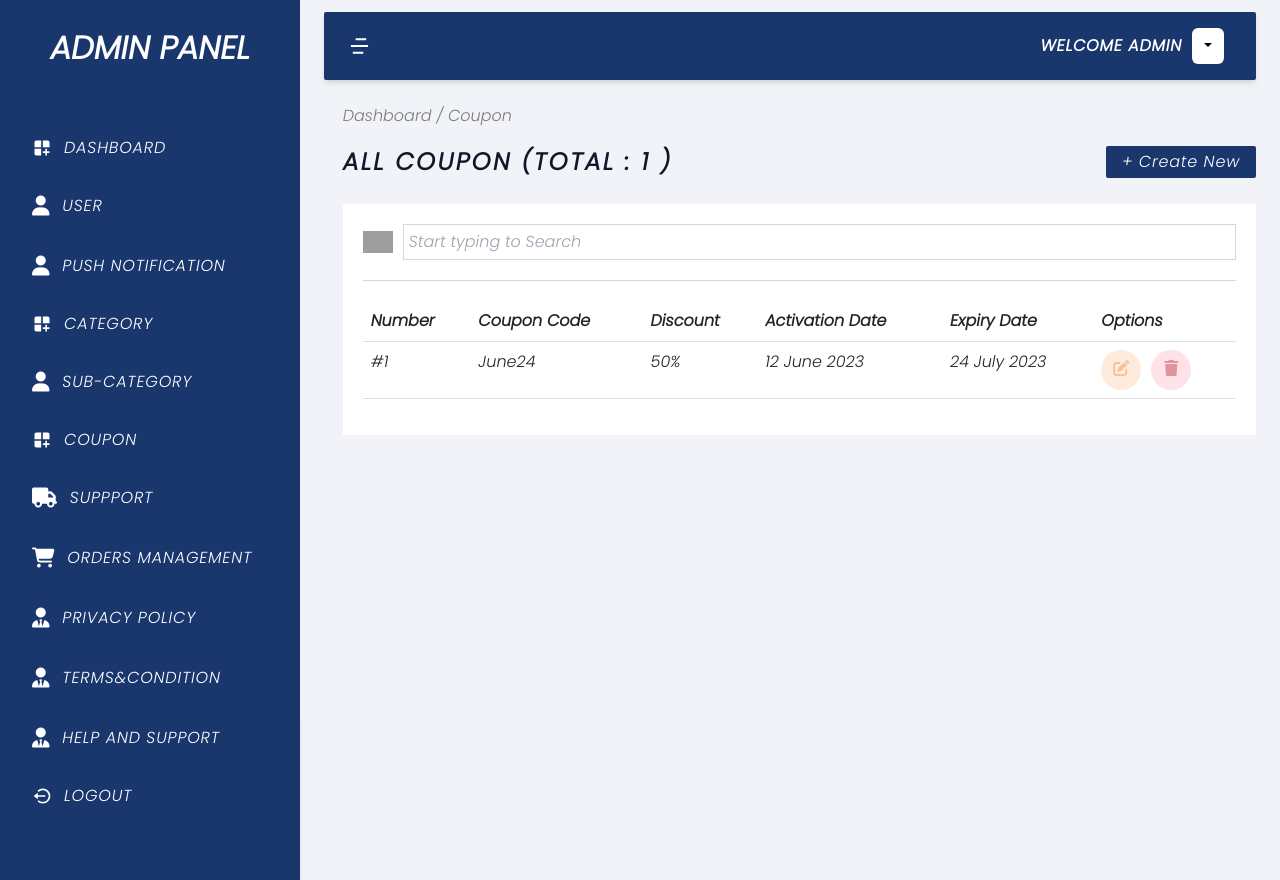
Repository: arpanmalik/project-khanna
Page: /coupon
These files come from the project's save history. The page is drawn as it stood at one moment and after a run of saves; the edit follows.
The browser window is 1280 px wide. The pictures show the whole page.
Pictures or frames that could not be fetched are drawn as grey boxes. Some web libraries are served in a nearby version. The project was rebuilt for these pictures with package versions that can differ from the ones it lists, and the page was loaded fresh each time. Also part of the build but not shown: src/E-CommerceAdmin/forms/Login.jsx, src/E-CommerceAdmin/pages/Dashboard.jsx, src/E-CommerceAdmin/pages/ECategory.js, src/E-CommerceAdmin/pages/EProduct.js, src/E-CommerceAdmin/pages/EVendorList.js, src/E-CommerceAdmin/pages/EAdminOrders.js, src/E-CommerceAdmin/pages/EAdminProduct.js, src/E-CommerceAdmin/pages/EAdminDelivery.js and 11 more. Imported but missing from the stored project, and not drawn on this page: src/E-CommerceAdmin/pages/Component/SpinnerComp, src/E-CommerceVendor/forms/EVendorLogin, src/E-CommerceVendor/pages/EVCategory, src/E-CommerceVendor/pages/EVCoupon, src/E-CommerceVendor/pages/EVDashboard, src/E-CommerceVendor/pages/EVOrders, src/E-CommerceVendor/pages/EVProduct, src/E-CommerceVendor/pages/EVSubCategory.

Above is the page before, as saved 2023-05-16 16:04:27.

After the next 2 saves:
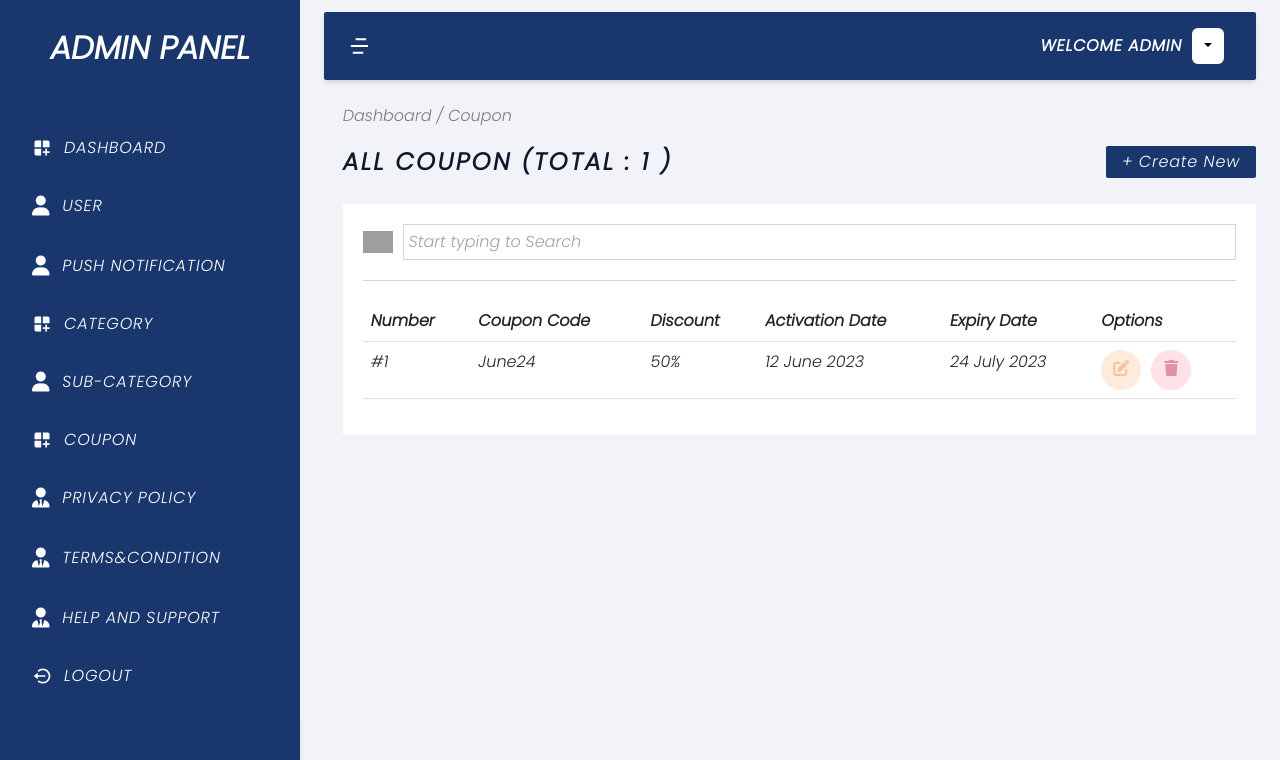
The 2 saves are shown as one change because they came seconds apart.
The last was saved 9 s later.
--- a/src/E-CommerceAdmin/layout/Sidebar.jsx
+++ b/src/E-CommerceAdmin/layout/Sidebar.jsx
@@ -59,18 +59,18 @@ const Sidebar = ({ hamb, setHamb }) => {
     //   link: "/getMeThis",
     //   name: "Get Me This",
     // },
-    {
-      icon: <i className="fa-solid fa-truck  text-xl mr-3 rounded-full"></i>,
-      link: "/Support",
-      name: "Suppport",
-    },
-    {
-      icon: (
-        <i className="fa-solid fa-cart-shopping text-xl mr-3 rounded-full"></i>
-      ),
-      link: "/Orders",
-      name: "Orders Management",
-    },
+    // {
+    //   icon: <i className="fa-solid fa-truck  text-xl mr-3 rounded-full"></i>,
+    //   link: "/Support",
+    //   name: "Suppport",
+    // },
+    // {
+    //   icon: (
+    //     <i className="fa-solid fa-cart-shopping text-xl mr-3 rounded-full"></i>
+    //   ),
+    //   link: "/Orders",
+    //   name: "Orders Management",
+    // },
 
     {
       icon: <i className="fa-solid fa-user-tie text-xl mr-3 rounded-full"></i>,
